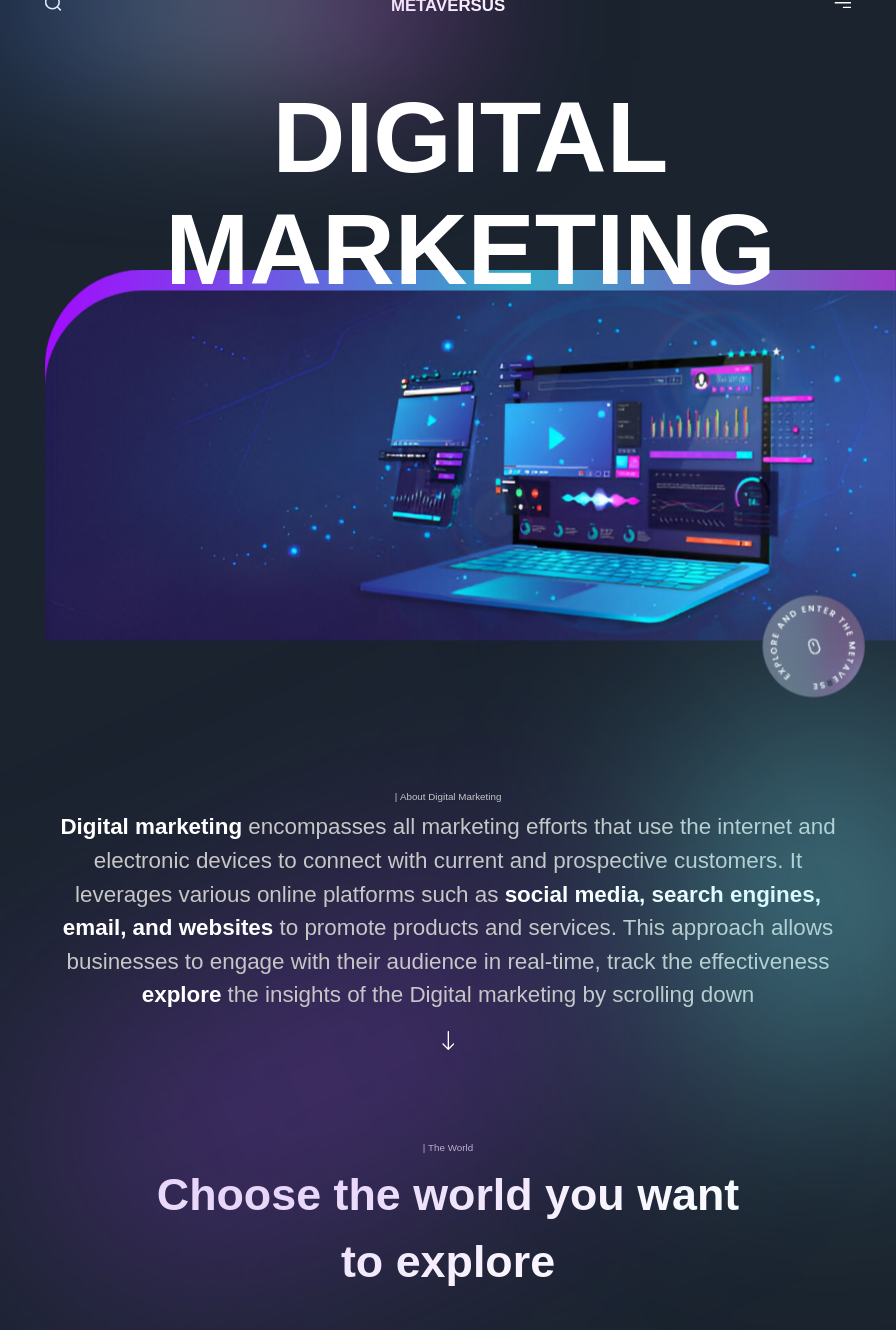
Repository: Shanuga123/metaversus
Page: /
An editor plug-in stored every save of this project. The page is shown before and after the next save, followed by the edit.
The browser window is 1280 px wide. The pictures show the part of the page from y = 40 to 1940 px (the page is 7302 px tall), at 70% of full size.
Pictures or frames that could not be fetched are drawn as grey boxes. Some web fonts or font styles are not loaded; a fallback is used. The project was rebuilt for these pictures with package versions that can differ from the ones it lists, and the page was loaded fresh each time. The framework's server and built-in components were replaced by stand-ins that run in the browser. Also part of the build but not shown: next.config.js.

Above is the page before, as saved 2024-08-05 21:43:16.

After the next save:
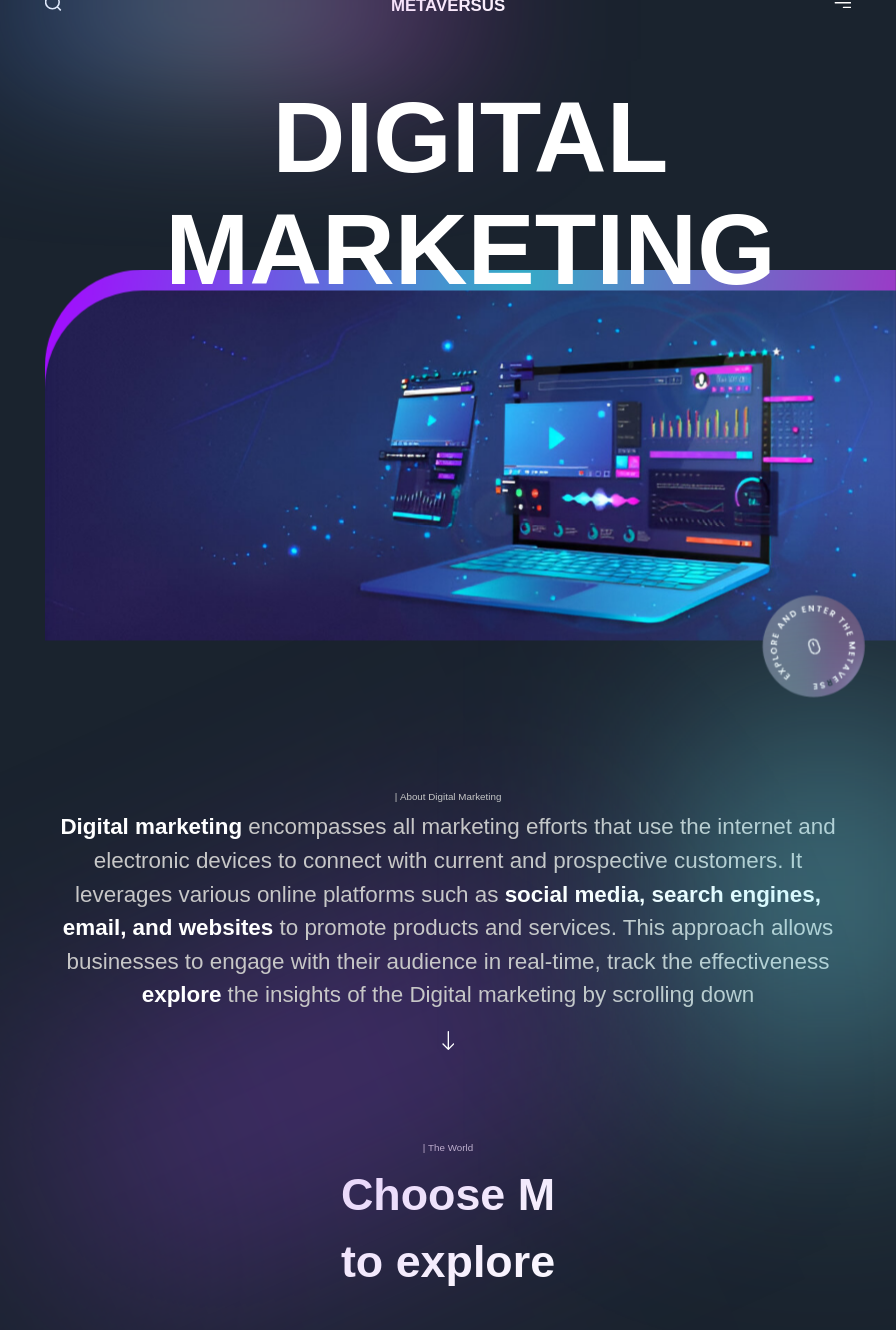
Saved 15 min 31 s later.
--- a/sections/Explore.jsx
+++ b/sections/Explore.jsx
@@ -22,7 +22,7 @@ const Explore = () => {
       >
         <TypingText title="| The World" textStyles="text-center" />
         <TitleText
-          title={<>Choose the world you want <br className="md:block hidden" /> to explore</>}
+          title={<>Choose M <br className="md:block hidden" /> to explore</>}
           textStyles="text-center"
         />
         <div className="mt-[50px] flex lg:flex-row flex-col min-h-[70vh] gap-5">
